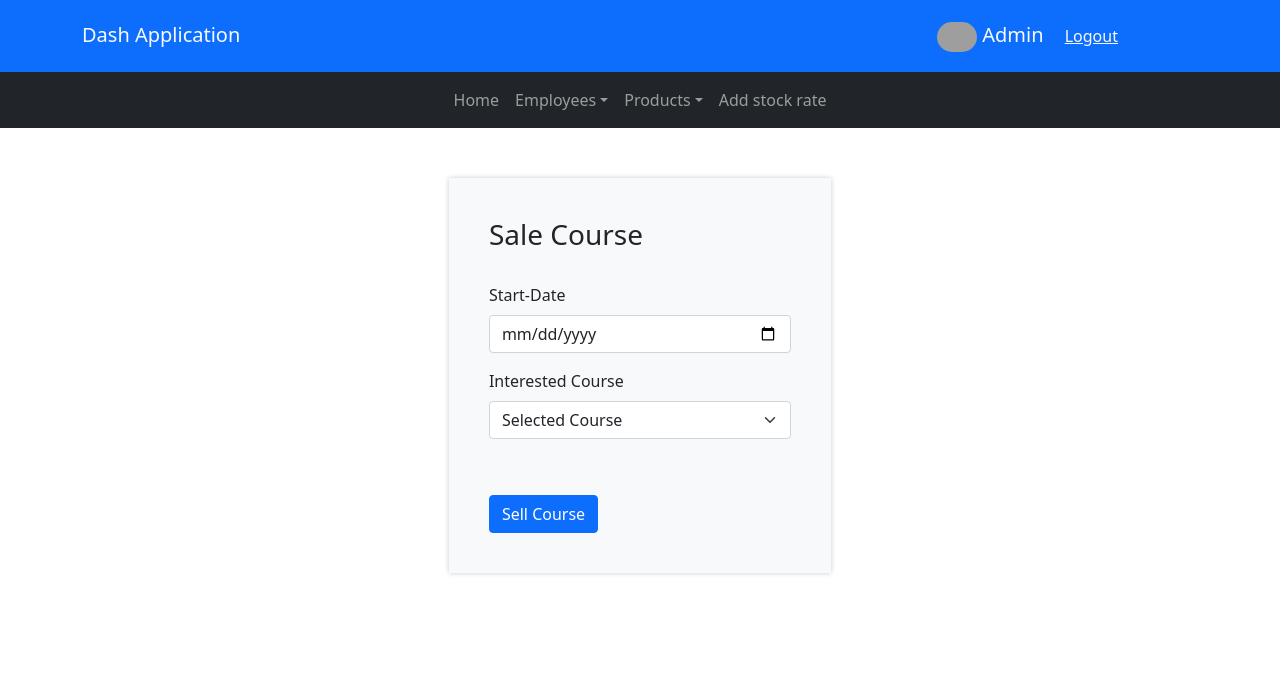
Repository: DevloperSudip/Insight-Dashboard
Page: http://localhost/DashProject/WEB-INF/views/sale-course.jsp
An editor plug-in stored every save of this project. The page is shown before and after the next save, followed by the edit.
The browser window is 1280 px wide. The pictures show the whole page.
Pictures or frames that could not be fetched are drawn as grey boxes. The page is served by Tomcat 10. Nobody is signed in. Other server files are loaded and not shown. The template is opened directly, without the code that normally fills it, so the values that code supplies are empty.

Above is the page before, as saved 2024-04-26 09:02:49.

### DashProject_FinalProject/DashProject/src/main/webapp/WEB-INF/views/sale-course.jsp
<%@ page language="java" contentType="text/html; charset=ISO-8859-1"
	pageEncoding="ISO-8859-1"%>

<%@ taglib prefix="c" uri="http://java.sun.com/jsp/jstl/core"%>
<%@taglib prefix="form" uri="http://www.springframework.org/tags/form"%>

<!DOCTYPE html>
<html lang="en">
	<head>
		<title>Sale Course</title>
		<meta charset="utf-8">
		<meta name="viewport" content="width=device-width, initial-scale=1">
		<link href="https://cdn.jsdelivr.net/npm/bootstrap@5.0.2/dist/css/bootstrap.min.css" rel="stylesheet" />
		<script src="https://cdn.jsdelivr.net/npm/bootstrap@5.0.2/dist/js/bootstrap.bundle.min.js"></script>

		<link rel="stylesheet" type="text/css" href="css/style.css" />

		<script src="https://code.jquery.com/jquery-3.7.0.min.js"></script>
		<script type="text/javascript">
			function getSelectedCourse()
			{
				var selectedcourse = document.getElementById('coursename').value;
				//alert(selectedcourse);

				if(selectedcourse !== "")
				{
					var xhr = new XMLHttpRequest();
					xhr.open("GET", "/getCoursePrices?selectedcourse="+selectedcourse, true);
					xhr.onreadystatechange = function() {
						if(xhr.readyState === 4 && xhr.status === 200)
						{
							var response = JSON.parse(xhr.responseText);

							var product = response;

							var discountedprice = product.discountedprice;
							var originalprice = product.originalprice;

							document.getElementById("originalpriceid").textContent = originalprice;
							document.getElementById("discountedpriceid").textContent = discountedprice;

							$("#priceDivId").css("visibility", "visible");
						}
					};
					xhr.send();
				}
				else
				{
					$("#priceDivId").css("visibility", "hidden");
				}
			}
		</script>
	</head>
	<body>
		<jsp:include page="header-admin.jsp" />

		<div class="container-fluid">
			<div class="container">

				<c:if test="${not empty model_success}">
					<div class="row">
						<div class="alert alert-success alert-dismissible fade show"
							role="alert">
							${model_success}
							<button type="button" class="btn-close" data-bs-dismiss="alert"
								aria-label="Close"></button>
						</div>
					</div>
				</c:if>

				<c:if test="${not empty model_error}">
					<div class="row">
						<div class="alert alert-danger alert-dismissible fade show"
							role="alert">
							${model_error}
							<button type="button" class="btn-close" data-bs-dismiss="alert"
								aria-label="Close"></button>
						</div>
					</div>
				</c:if>

				<div class="row">
					<div class="col-3"></div>
					<div class="col-6 d-flex justify-content-center">
						<div class="addemp_div_design bg-light">
							<h3>Sale Course</h3>
							<br />
							<form:form action="saleCourseForm" method="post" modelAttribute="modelSaleCourseAttr">
								<%-- <div class="mb-3">
									<label class="form-label">Customer Phone No.</label>
									<form:input path="custphoneno" cssClass="form-control" />
									<form:errors path="custphoneno" cssClass="error_message_design" />
								</div> --%>

								<div class="mb-3">
									<label class="form-label">Start-Date</label>
									<input type="date"   name="date1" id="date1" placeholder="DD-MM-YYYY" pattern="\d{2}-\d{2}-\d{4}"  Class="form-control" />
									<form:errors path="custphoneno" cssClass="error_message_design" />
								</div>

								<div class="mb-3">
									<label class="form-label">Interested Course</label>
									<form:select path="coursename" name="coursename" id="coursename" cssClass="form-select" onchange="getSelectedCourse()">
										<form:option value="">Selected Course</form:option>
										<form:options items="${model_coursename_list}" />
									</form:select>
									<form:errors path="coursename" cssClass="error_message_design" />
								</div>
								<div class="mb-3" id="priceDivId" style="visibility: hidden;">
									Price to Pay : <strong><del>Rs. <span id="originalpriceid" style="color:red"></span></del></strong> &nbsp;&nbsp; Rs. <span id="discountedpriceid" class="text-primary"></span>
								</div>
								<input type="submit" value="Sell Course" class="btn btn-primary" />
							</form:form>
						</div>
					</div>
					<div class="col-3"></div>
				</div>
			</div>
		</div>

	</body>
</html>

### DashProject_FinalProject/DashProject/src/main/webapp/WEB-INF/views/header-admin.jsp
<%@ page language="java" contentType="text/html; charset=ISO-8859-1"
    pageEncoding="ISO-8859-1"%>
<!DOCTYPE html>
<html>
	<head>
		<meta charset="ISO-8859-1">
		<title>Insert title here</title>
	</head>
	<body>
		<div class="container-fluid bg-primary header_design">
            <div class="container">
                <div class="row">
                    <div class="col-3">
                        <a href="profileAdmin" class="navbar-brand text-light"> Dash Application </a>
                    </div>
                    <div class="col-6"> </div>
                    <div class="col-3">
                        <a class="navbar-brand text-light" href="#">
                            <img src="images/admin_profile_pic.png" alt="Welcome Admin" style="width:40px;" class="rounded-pill">
                            Admin
                        </a>
                        <a href="logout" class="text-light"> Logout </a>
                    </div>
                </div>
            </div>
        </div>

        <nav class="navbar navbar-expand-sm bg-dark navbar-dark container-fluid">
            <div class="container">
                <button class="navbar-toggler" type="button" data-bs-toggle="collapse" data-bs-target="#collapsibleNavbar">
                    <span class="navbar-toggler-icon"></span>
                </button>
                <div class="collapse navbar-collapse justify-content-center" id="collapsibleNavbar">
                    <ul class="navbar-nav">
                    	<li class="nav-item">
                            <a class="nav-link" href="profileAdmin">Home</a>
                        </li>
                        <li class="nav-item dropdown">
                            <a class="nav-link dropdown-toggle" href="#" role="button" data-bs-toggle="dropdown">Employees</a>
                            <ul class="dropdown-menu">
                                <li><a class="dropdown-item" href="addEmployee">Add Employee</a></li>
                                <li><a class="dropdown-item" href="emplist">Employee's List</a></li>
                            </ul>
                        </li>
                        <li class="nav-item dropdown">
                            <a class="nav-link dropdown-toggle" href="#" role="button" data-bs-toggle="dropdown">Products</a>
                            <ul class="dropdown-menu">
                                <li><a class="dropdown-item" href="addProducts">Add Products</a></li>
                                <li><a class="dropdown-item" href="productsList">Products's List</a></li>
                            </ul>
                        </li>
                        <li class="nav-item">
                            <a class="nav-link" href="saleCourse">Add stock rate</a>
                        </li>
                    </ul>
                </div>
            </div>
        </nav>
	</body>
</html>

### DashProject_FinalProject/DashProject/src/main/resources/static/css/style.css
.header_design
{
    height: auto;
    width: 100%;
    float: left;
    padding: 20px;
}
.main_page_banner
{
    height: auto;
    width: auto;
    background-image: url('https://c4.wallpaperflare.com/wallpaper/163/392/912/map-wold-map-technology-world-wallpaper-preview.jpg');
    /* opacity: .8; */
    /* background-size: cover; */
}
.main_page_title
{
    float: left;
    margin-top: 80px;
    font-size: 26px;
    color: white;
    text-shadow: 1px 1px 1px #ffff00;
}
.login_div_design
{
    padding: 40px;
    box-shadow: 0px 0px 5px #cccccc;
    float: left;
    margin-top: 50px;
}
.addemp_div_design
{
    width: 70%;
    padding: 40px;
    box-shadow: 0px 0px 5px #cccccc;
    float: left;
    margin-top: 50px;
}
.form_div_design
{
	width: 100%;
	padding: 40px;
	box-shadow: 0px 0px 5px #cccccc;
	float: left;
    margin-top: 20px;
}
.error_message_design
{
	color: red;
	font-size: 14px;
	font-weight: bold;
}
.course_details_div
{
	height: auto;
	width: auto;
	padding: 20px;
	box-shadow: 0px 0px 5px #cccccc;
}

After the next save:
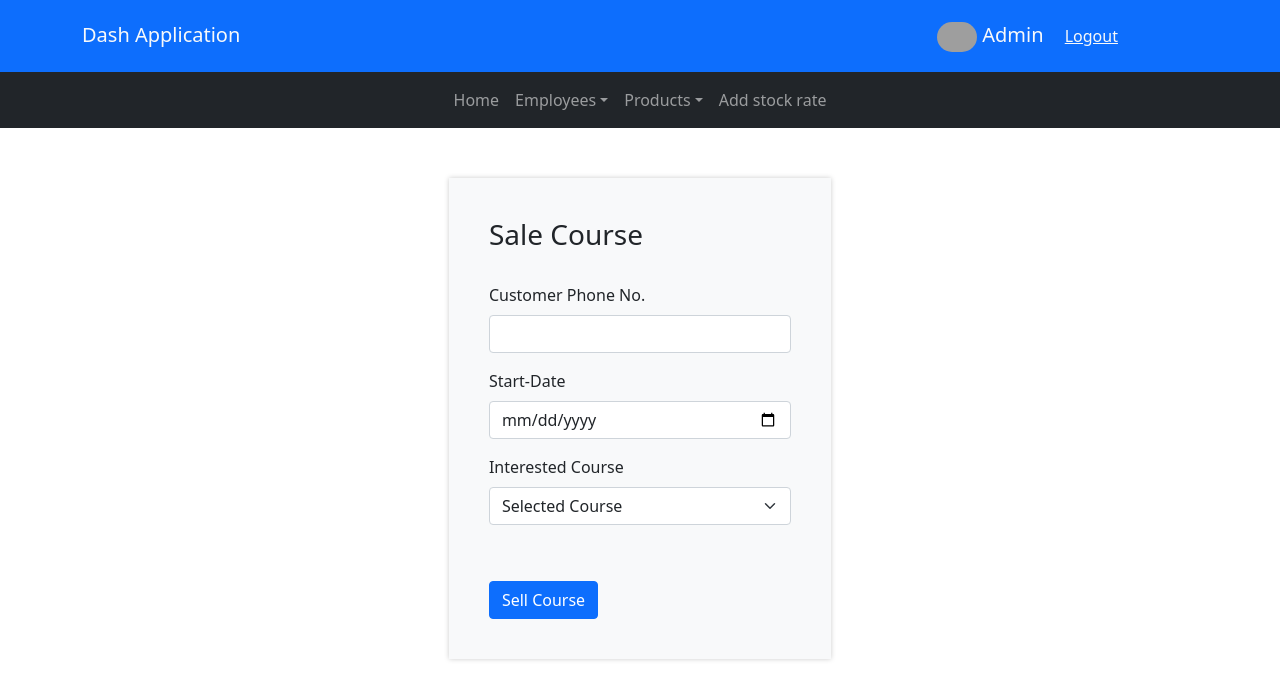
Saved 58 s later.
--- a/DashProject_FinalProject/DashProject/src/main/webapp/WEB-INF/views/sale-course.jsp
+++ b/DashProject_FinalProject/DashProject/src/main/webapp/WEB-INF/views/sale-course.jsp
@@ -86,11 +86,11 @@
 							<h3>Sale Course</h3>
 							<br />
 							<form:form action="saleCourseForm" method="post" modelAttribute="modelSaleCourseAttr">
-								<%-- <div class="mb-3">
+								 <div class="mb-3">
 									<label class="form-label">Customer Phone No.</label>
 									<form:input path="custphoneno" cssClass="form-control" />
 									<form:errors path="custphoneno" cssClass="error_message_design" />
-								</div> --%>
+								</div>
 
 								<div class="mb-3">
 									<label class="form-label">Start-Date</label>
